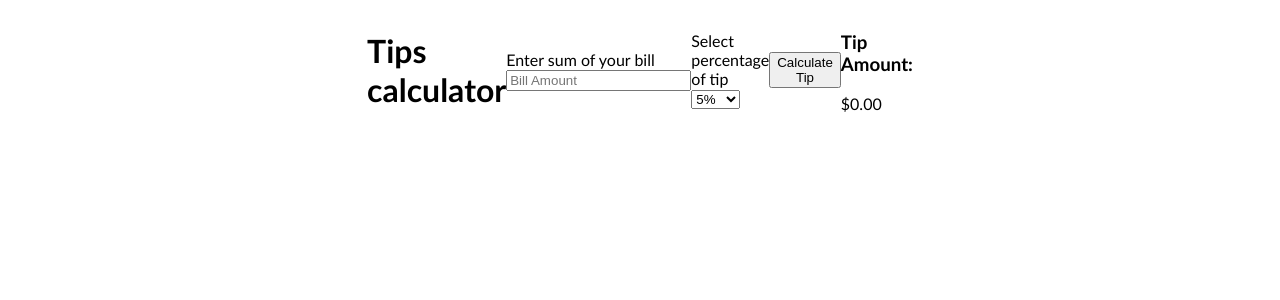
Repository: qtqqrdy13/tips-calculator
Page: index.html
An editor plug-in stored every save of this project. The page is shown before and after the next save, followed by the edit.
The browser window is 1280 px wide. The pictures show the whole page.

Above is the page before, as saved 2024-01-26 21:52:48.

### index.html
<!DOCTYPE html>
<html lang="en">
<head>
    <meta charset="UTF-8">
    <meta name="viewport" content="width=device-width, initial-scale=1.0">
    <title>Document</title>
    <link rel="stylesheet" href="style.css">
</head>
<body>
    <div class="calculator">
        <h1>Tips calculator</h1>
        <div class="bill-container">
            <label for="bill">Enter sum of your bill</label>
            <input type="number" name="" id="bill" placeholder="Bill Amount">
        </div>
        <div class="tip-container">
            <label for="tip">Select percentage of tip</label>
            <select id="tip">
                <option value="5">5%</option>
                <option value="10">10%</option>
                <option value="15">15%</option>
                <option value="20">20%</option>
                <option value="25">25%</option>

            </select>
        </div>
        <button onclick="calculateTip()">Calculate Tip</button>
        <div class="result-container">
            <h3>Tip Amount:</h3>
            <p id="tip-amount">$0.00</p>
        </div>
    </div>
    <script src="script.js"></script>
</body>
</html>

### style.css
body{
    margin: 0;
    padding: 0;
    font-family: 'Gill Sans', 'Gill Sans MT','Trebuchet MS', sans-serif;
    display: flex;
    justify-content: center;
    align-items: center;
}
.calculator{
    width: 40%;
    height: 40%;
    display: flex;
    justify-content: center;
    align-items: center;
    padding: 10px;
    margin: auto;
}

Loaded but not shown: script.js (no copy from this time; the picture is the same without it)

After the next save:
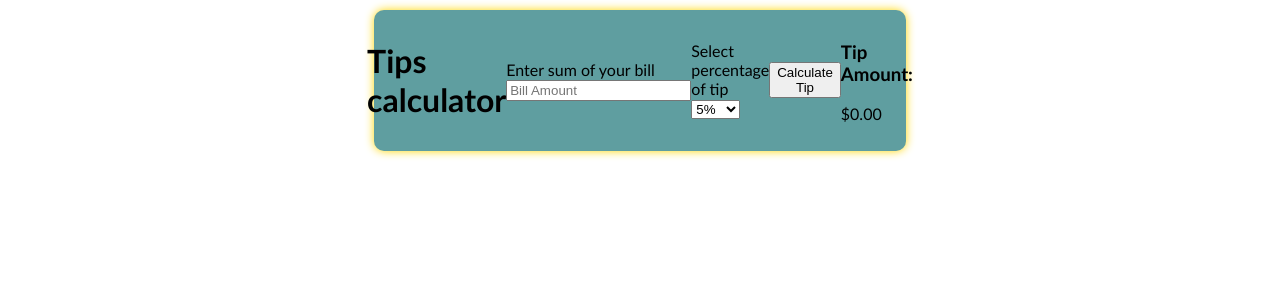
Saved 70 s later.
--- a/style.css
+++ b/style.css
@@ -13,5 +13,10 @@ body{
     justify-content: center;
     align-items: center;
     padding: 10px;
-    margin: auto;
+    margin: 10px;
+    border-radius: 10px;
+    box-shadow: 0 0 10px gold;
+    background-color: cadetblue;
+    color: black;
+
 }
